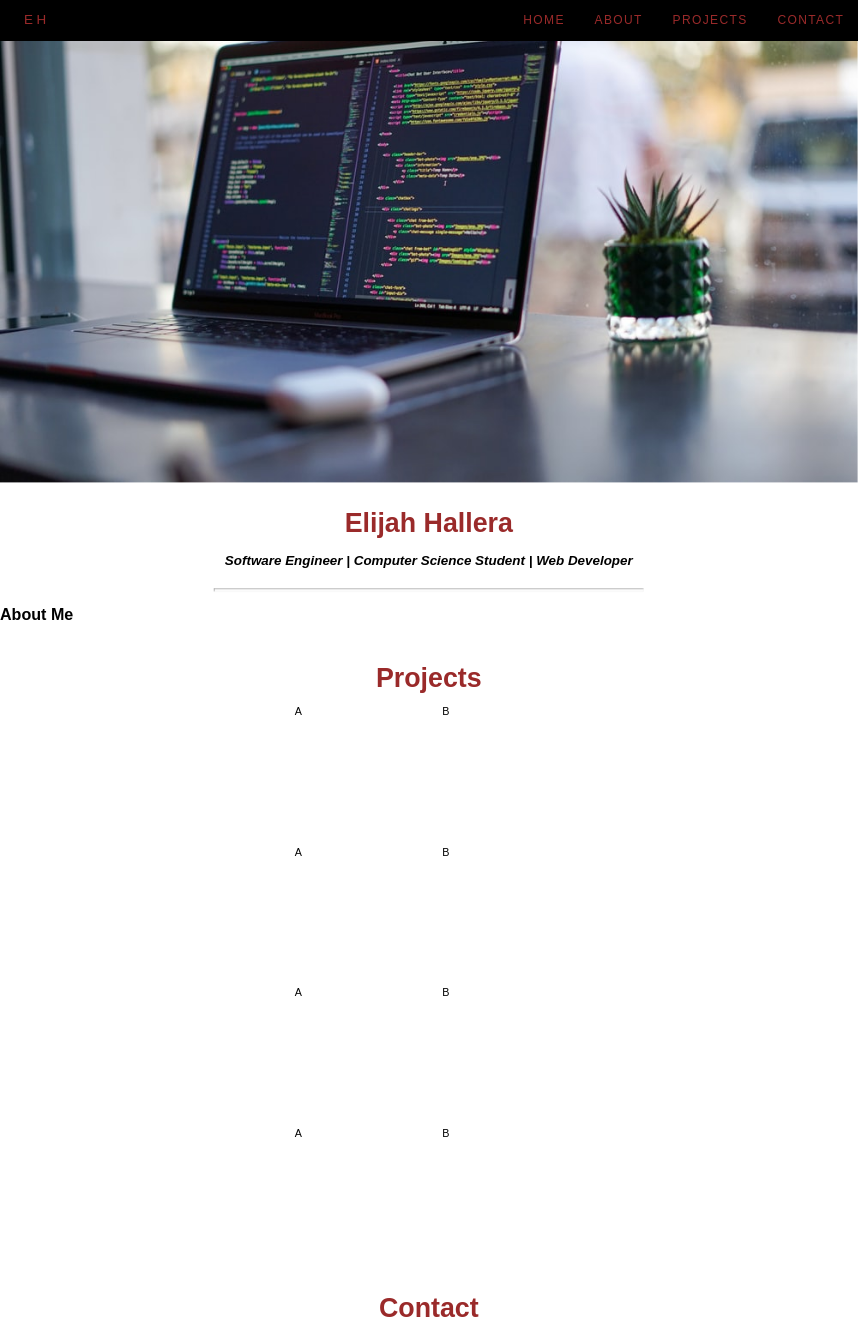
Repository: ElijahHallera/ElijahHallera.github.io
Page: http://localhost/
The author's editor kept a record of every edit. The page is drawn from the files as they stood at one moment, then again after the next edit.
The browser window is 1280 px wide. The pictures show the whole page, at 67% of full size.
Backgrounds fixed to the window are drawn as part of the page. The page is served by the project's Node server (index.js).

Above is the page before.

### views/Homepage.ejs
<%- include ('partials/header'); -%>

<!--

<div class="bg">
	<div class="centered">

		<div class="borderlines">
			<h3> Elijah Hallera </h3>
			<h2> Software Developer/Engineer</h2>
		</div>

		<nav>
			<a href= "/"> <button class="button btn btn-default"> Home </button></a>
			<a href= "/about"> <button class="button btn btn-default"> About </button></a>
			<a href= "/projects"> <button class="button btn btn-default"> Projects </button></a>
			<a href= "/contact"><button class="button btn btn-default"> Contact </button></a>
			</br>
			<a href="https://github.com/ElijahHallera"> <img class="gitIcon" src="images/git2.png"></a>
			<a href="https://www.linkedin.com/in/elijah-hallera-892278199/"><img class="linkedIcon" src="images/LinkedInLogo.png"></a>
		</nav>
	</div>

</div>

-->

<!-- NEW TEMPLATE FOR WEBSITE -->
<div class="wrapper" id="home">
	<header>
		<nav>
			<div class="websiteLogo">
				<a class="Logo" href="#home"> EH </a>
			</div>
			<div class="menu">
				<ul>
					<li><a href="#home">Home</a></li>
					<li><a href="#about">About</a></li>
					<li><a href="#projects">Projects</a></li>
					<li><a href="#contact">Contact</a></li>
				</ul>
			</div>
		</nav>
	</header>

	<div id="about" class="container">
		</br>
		<div class="content">
			<h1>Elijah Hallera</h1>
			<h4>Software Engineer | Computer Science Student | Web Developer</h4>
			<hr>
		</div>
		<div>
			<h2>About Me</h2>
		</div>
	</div>

	<div id="projects">
		</br>
		<div class="content">
			<h1>Projects</h1>
		</div>
		<div class="row">
			<div class="column"> A </div>
			<div class="column"> B </div>
			<div class="column"> A </div>
			<div class="column"> B </div>
		</div>
		<div class="row">
			<div class="column"> A </div>
			<div class="column"> B </div>
			<div class="column"> A </div>
			<div class="column"> B </div>
		</div>
	</div>

	<div id="contact">
		</br>
		<div class="content">
			<h1>Contact</h1>
		</div>
	</div>

</div>

### views/partials/header.ejs
<!DOCTYPE html>
<html>

  <head>
    <title>Hallera Portfolio</title>
    <meta charset="UTF-8">
    <meta name="viewport" content="width=device-width, initial-scale=1.0">
		<link rel='stylesheet' type='text/css' href='app.css'>
		<link rel="stylesheet" href="https://cdnjs.cloudflare.com/ajax/libs/font-awesome/4.7.0/css/font-awesome.min.css">
  </head>

  <body>

### index.js
/* App Configuration */
var express = require('express');
var methodOverride = require('method-override');

var app = express();
var port = process.env.PORT || 8080;

app.use(express.static('public'));
app.set('view engine', 'ejs');

/* Home Route */
app.get('/', function(req, res){
    res.render('Homepage');
});

app.get('/about', function(req, res){
    res.render('About');
});

app.get('/projects', function(req, res){
    res.render('Projects');
});

app.get('/contact', function(req, res){
    res.render('Contact');
});

/* Error Route*/
app.get('*', function(req, res){
   res.render('error');
});

app.listen(port, () => console.log(`Listening on port ${port}`));

### public/app.css
html, body{
  margin: 0;
  padding: 0;
  width: 100%;
}

html{
  scroll-behavior: smooth;
}

body{
  font-family: sans-serif;
}

header{
  width: 100%;
  height: 100vh;
  background-image: url("images/prog.jpg");
  background-repeat: no-repeat;
  background-size: cover;
  background-attachment: fixed;
}

h1{
  text-align: center;
  color: #9A2A2A;
}

h3{
  text-align: center;
}

h4{
  text-align: center;
  font-style: italic;
}

p{
  padding-left: 10px;
  padding-right: 10px;
}

nav{
  position: fixed;
  width: 100%;
  background-color: black;
}

nav ul{
  list-style: none;
  overflow: hidden;
  color: white;
  padding: 0;
  text-align: right;
  margin: 0;
}

nav.black ul{
  background: #000;
}

nav ul li{
  display: inline-block;
  padding: 20px;
}

nav ul li a{
  text-decoration: none;
  color: #9A2A2A;
  font-size: 18px;
  font-family: sans-serif;
  text-transform: uppercase;
  letter-spacing: 2px;
}

a.Logo{
  color: #9A2A2A;
  text-decoration: none;
}

hr{
  position: relative;
  width: 50%;
  height: 3px
}

.centered{
  position: fixed;
  top: 25%;
  left: 50%;
  transform: translate(-50%, -50%);
}

.content{
  width: 100%;
  font-size: 20px;
  line-height: 30px;
  text-align: justify;
}

.gitIcon{
  padding-top: 15px;
  width: 25px;
  height: auto;
  text-align: center;
}

.linkedIcon{
  padding-top: 15px;
  width: 25px;
  height: auto;
  text-align: center;
}

.profilePicture{
  position: center;
  height: 50%;
  width: 50%;
}

.websiteLogo{
  position: fixed;
  float: left;
  color: white;
  margin: 18px 36px;
  text-transform: uppercase;
  letter-spacing: 5px;
  font-size: 20px;
}

.row{
  margin: 20px auto;
  width:400px;
  height:400px;
  background-color:#fff;
  display:grid;
  grid-template-columns: 200px 200px;
  grid-row: auto auto;
  grid-column-gap: 20px;
  grid-row-gap: 20px;
  .box{
    background-color:#333;
    padding:20px;
    border-radius:10px;
    color:#fff;
    display:flex;
    align-items:center;
    justify-content:center;
    font-size:40px;
    font-family:sans-serif;
  }
}

After the next edit:
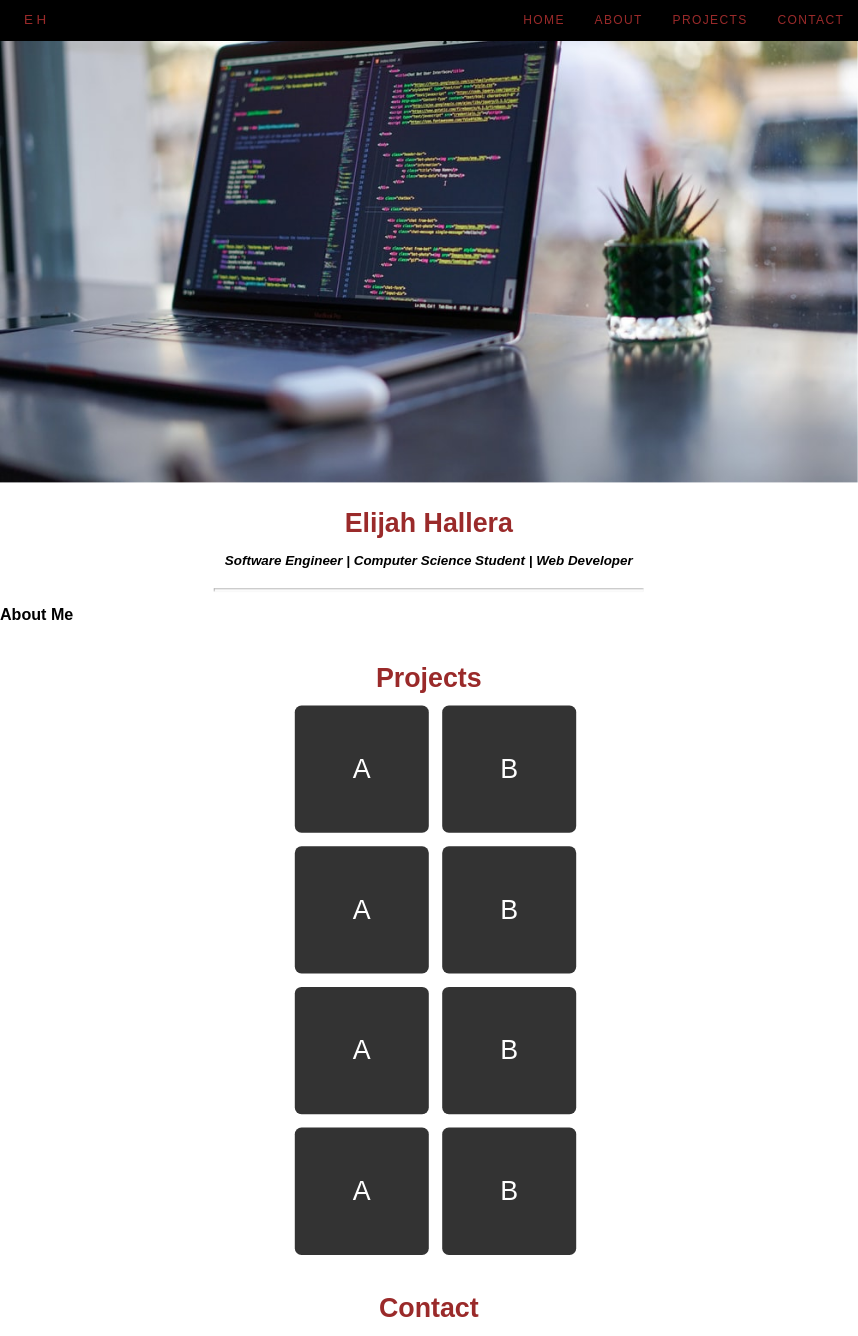
The edit:
--- a/public/app.css
+++ b/public/app.css
@@ -138,7 +138,7 @@
   grid-row: auto auto;
   grid-column-gap: 20px;
   grid-row-gap: 20px;
-  .box{
+  .column{
     background-color:#333;
     padding:20px;
     border-radius:10px;
